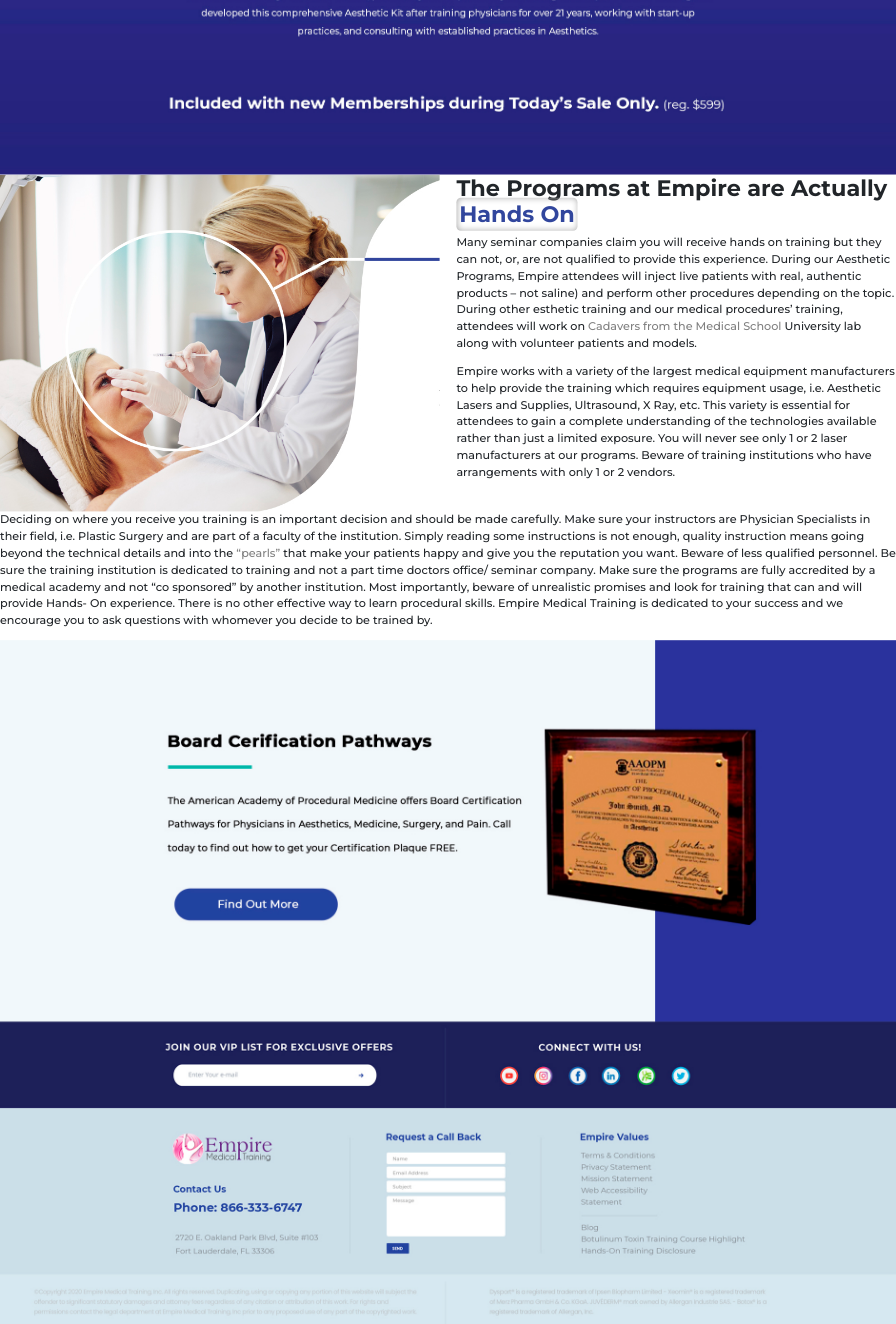
Repository: jorgi710/BODY-CONTOURING-INJECTABLES-AND-ADJUNCT-PROCEDURES
Page: our quarantee/file/public/index.html
The author's editor kept a copy of each file at every save. The page is drawn from the files as they stood at one save, then again after the next save.
The browser window is 1280 px wide. The pictures show the part of the page from y = 3691 to 5611 px (the page is 5583 px tall before and 101202 px after), at 70% of full size.

Above is the page before, as saved 2021-04-07 00:14:36.

After the next save:
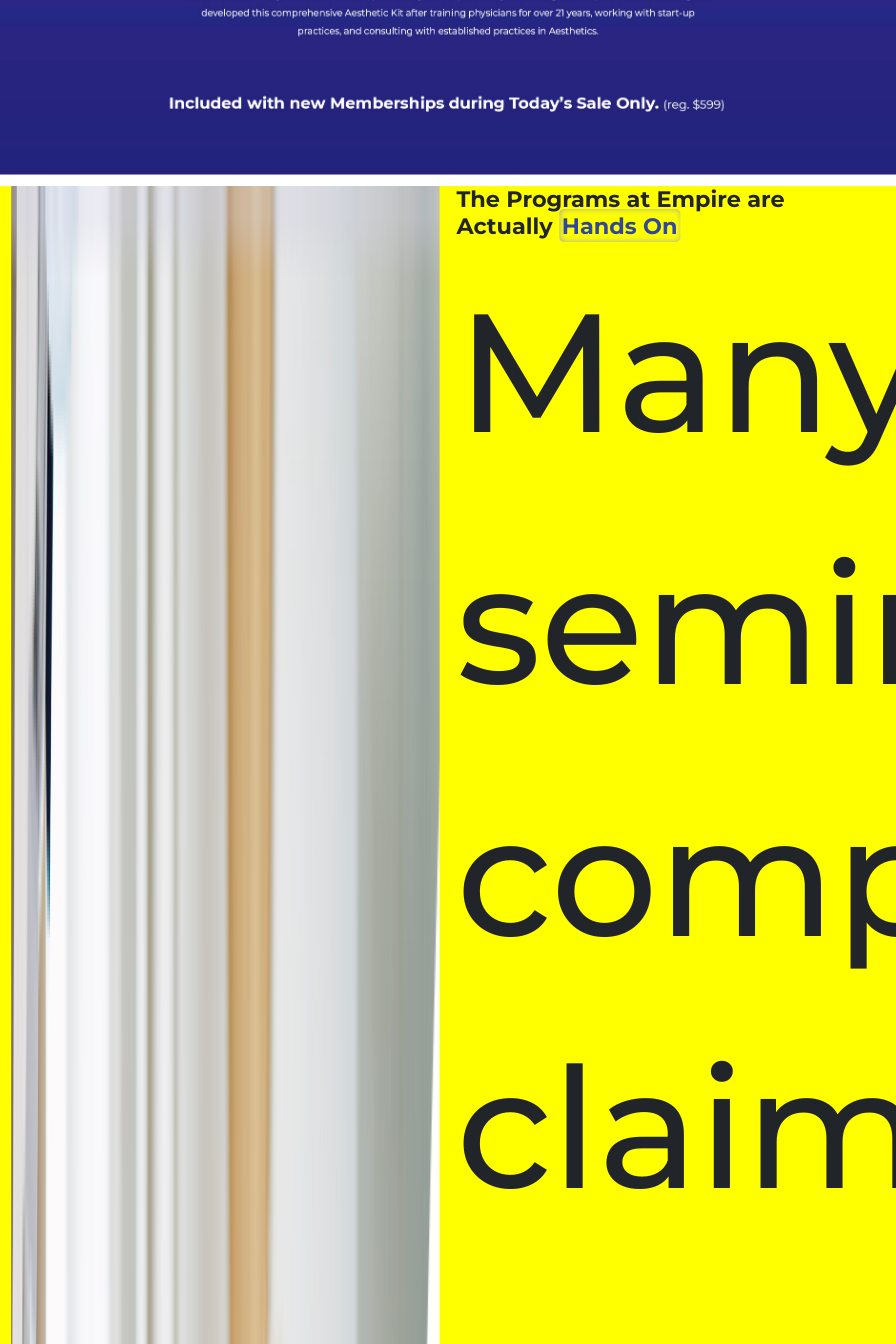
Saved 23 s later.
--- a/our quarantee/file/public/css/style.css
+++ b/our quarantee/file/public/css/style.css
@@ -360,7 +360,7 @@
   }
 }
 /* section_5_parte_2*/
-.section_5 .last_parrafo {
+.section_5 {
   font-size: 15rem;
   margin: 1rem 0;
   padding: 0 1rem;
